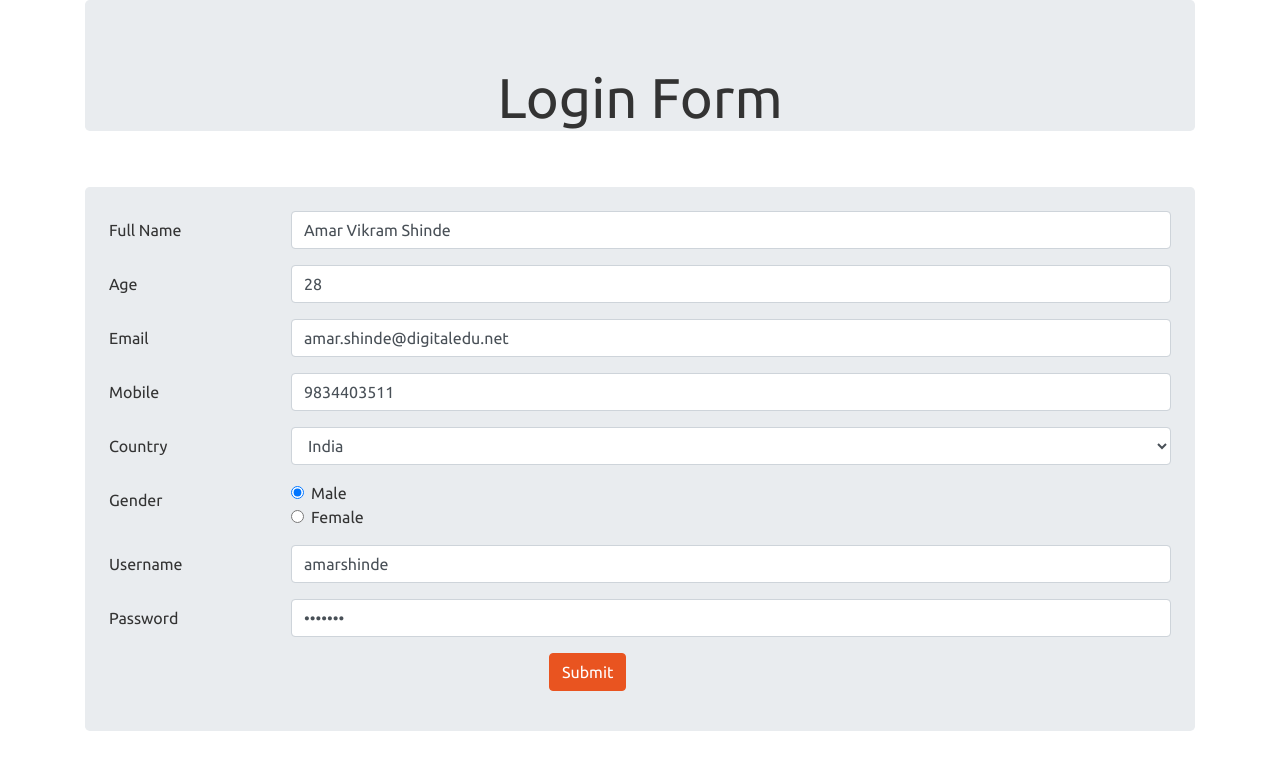
Repository: amar468S/Ng-templateDrivenForm
Page: /
These files come from the project's save history. The page is drawn as it stood at one moment and after the next save; the edit follows.
The browser window is 1280 px wide. The pictures show the whole page.
Some web libraries are served in a nearby version. The project was rebuilt for these pictures with package versions that can differ from the ones it lists, and the page was loaded fresh each time. Also part of the build but not shown: angular.json.

Above is the page before, as saved 2019-02-03 22:09:01.

### src/index.html
<!doctype html>
<html lang="en">
<head>
  <meta charset="utf-8">
  <title>NgTemplateForms</title>
  <base href="/">

  <meta name="viewport" content="width=device-width, initial-scale=1">
  <link rel="icon" type="image/x-icon" href="favicon.ico">
  <!-- CSS -->
  <link rel="stylesheet" href="https://stackpath.bootstrapcdn.com/bootstrap/4.2.1/css/bootstrap.min.css" integrity="sha384-GJzZqFGwb1QTTN6wy59ffF1BuGJpLSa9DkKMp0DgiMDm4iYMj70gZWKYbI706tWS" crossorigin="anonymous">
  <link rel="stylesheet" href="https://bootswatch.com/4/united/bootstrap.min.css">
  <!-- JS -->
  <script src="https://code.jquery.com/jquery-3.3.1.slim.min.js" integrity="sha384-q8i/X+965DzO0rT7abK41JStQIAqVgRVzpbzo5smXKp4YfRvH+8abtTE1Pi6jizo" crossorigin="anonymous"></script>
  <script src="https://cdnjs.cloudflare.com/ajax/libs/popper.js/1.14.6/umd/popper.min.js" integrity="sha384-wHAiFfRlMFy6i5SRaxvfOCifBUQy1xHdJ/yoi7FRNXMRBu5WHdZYu1hA6ZOblgut" crossorigin="anonymous"></script>
  <script src="https://stackpath.bootstrapcdn.com/bootstrap/4.2.1/js/bootstrap.min.js" integrity="sha384-B0UglyR+jN6CkvvICOB2joaf5I4l3gm9GU6Hc1og6Ls7i6U/mkkaduKaBhlAXv9k" crossorigin="anonymous"></script>

</head>
<body>
  <app-root></app-root>
</body>
</html>

### src/app/app.component.ts
import { Component } from '@angular/core';
import { UserForm } from './UserForm';

@Component({
  selector: 'app-root',
  templateUrl: './app.component.html',
  styleUrls: ['./app.component.css']
})
export class AppComponent {

    userForm:UserForm

    constructor(){
      this.userForm = new UserForm();
    }

    login(userForm) {
      console.log(userForm.form.value);
      this.userForm = new UserForm();
    }
}

### src/app/app.component.html
<div class="container">
    <div class="jumbotron pb-0">
      <p class="display-4 text-center mb-0">Login Form</p>
    </div>
    <br>
  <div class="jumbotron p-4">
  <form #usrForm="ngForm" (ngSubmit)="login(usrForm)">
      <div class="form-group row">
          <label class="col-sm-2 col-form-label">Full Name</label>
          <div class="col-sm-10">
            <input type="text" class="form-control" [ngClass]="fullName.dirty && fullName.invalid ? 'is-invalid':''" placeholder="Enter Full Name"
            name="fullname" [(ngModel)]="userForm.fullName" #fullName="ngModel" required>
            <small class="invalid-feedback">This field can't be empty</small>
          </div>
      </div>
      <div class="form-group row">
          <label class="col-sm-2 col-form-label">Age</label>
          <div class="col-sm-10">
            <input type="number" class="form-control" placeholder="Enter Age"
            name="age" [(ngModel)]="userForm.age" #age="ngModel" required>
            <small class="form-text text-danger" *ngIf="age.dirty && age.invalid">This field can't be empty</small>
          </div>
      </div>
       <div class="form-group row">
          <label class="col-sm-2 col-form-label">Email</label>
          <div class="col-sm-10">
            <input type="email" class="form-control" placeholder="Enter Email"
            name="email" [(ngModel)]="userForm.email" #email="ngModel" required>
            <small class="form-text text-danger" *ngIf="email.dirty && email.invalid">This field can't be empty</small>
          </div>
      </div>
      <div class="form-group row">
          <label class="col-sm-2 col-form-label">Mobile</label>
          <div class="col-sm-10">
            <input type="text" class="form-control" placeholder="Enter Mobile"
            name="mobile" [(ngModel)]="userForm.mobile" #mobile="ngModel" required minlength="10">
            <div *ngIf="mobile.dirty && mobile.invalid">
              <small class="form-text text-danger" *ngIf="mobile.errors.required">This field can't be empty</small>
              <small class="form-text text-danger" *ngIf="mobile.errors.minlength">This field must contain minimum 10 characters</small>
            </div>
          </div>
      </div>
      <div class="form-group row">
          <label class="col-sm-2 col-form-label">Country</label>
          <div class="col-sm-10">
            <select class="form-control" name="country" [(ngModel)]="userForm.country" #country="ngModel" required>
              <option value="">Select Country</option>
              <option value="India">India</option>
              <option value="Sri Lanka">Sri Lanka</option>
              <option value="Bangladesh">Bangladesh</option>
              <option value="Nepal">Nepal</option>
            </select>
            <small class="form-text text-danger" *ngIf="country.dirty && country.invalid">This field can't be empty</small>
          </div>
      </div>
      <div class="form-group row">
          <label class="col-sm-2 col-form-label">Gender</label>
          <div class="col-sm-10">
            <div class="form-check">
              <input class="form-check-input" type="radio" name="gender" value="Male" [checked]="(userForm.gender=='Male')?'checked':''">
              <label class="form-check-label">Male</label>
            </div>
            <div class="form-check">
                <input class="form-check-input" type="radio" name="gender" value="Female" [checked]="(userForm.gender=='Female')?'checked':''">
                <label class="form-check-label">Female</label>
            </div>
          </div>
      </div>
      <div class="form-group row">
          <label class="col-sm-2 col-form-label">Username</label>
          <div class="col-sm-10">
            <input type="text" class="form-control" placeholder="Enter Username"
            name="username" [(ngModel)]="userForm.username" #username="ngModel" required>
            <small class="form-text text-danger" *ngIf="username.dirty && username.invalid">This field can't be empty</small>
          </div>
      </div>
      <div class="form-group row">
          <label class="col-sm-2 col-form-label">Password</label>
          <div class="col-sm-10">
            <input type="password" class="form-control" placeholder="Enter Password"
            name="password" [(ngModel)]="userForm.password" #password="ngModel">
            <small class="form-text text-danger" *ngIf="password.dirty && password.invalid">This field can't be empty</small>
          </div>
      </div>
      <div class="form-group row">
          <label class="col-sm-5 col-form-label"></label>
          <div>
            <input type="submit" class="btn btn-primary" [disabled]="usrForm.form.invalid">
          </div>
      </div>
  </form>
  </div>

</div>

### src/app/UserForm.ts
export class UserForm {
    fullName:string;
    age:string;
    email:string;
    mobile:string;
    country:string;
    gender:string;
    username:string;
    password:string;


    constructor(){
        this.fullName = 'Amar Vikram Shinde';
        this.age = '28';
        this.country = 'India';
        this.email = 'amar.shinde@digitaledu.net';
        this.mobile = '9834403511';
        this.username = 'amarshinde';
        this.password = 'amar123';
        this.gender = 'Male';
    }
}

Loaded but not shown: src/styles.css (common file); src/main.ts (common file); src/app/app.module.ts (common file); src/environments/environment.ts (common file); src/app/app.component.css (no stored copy; drawn as an empty file)

After the next save:
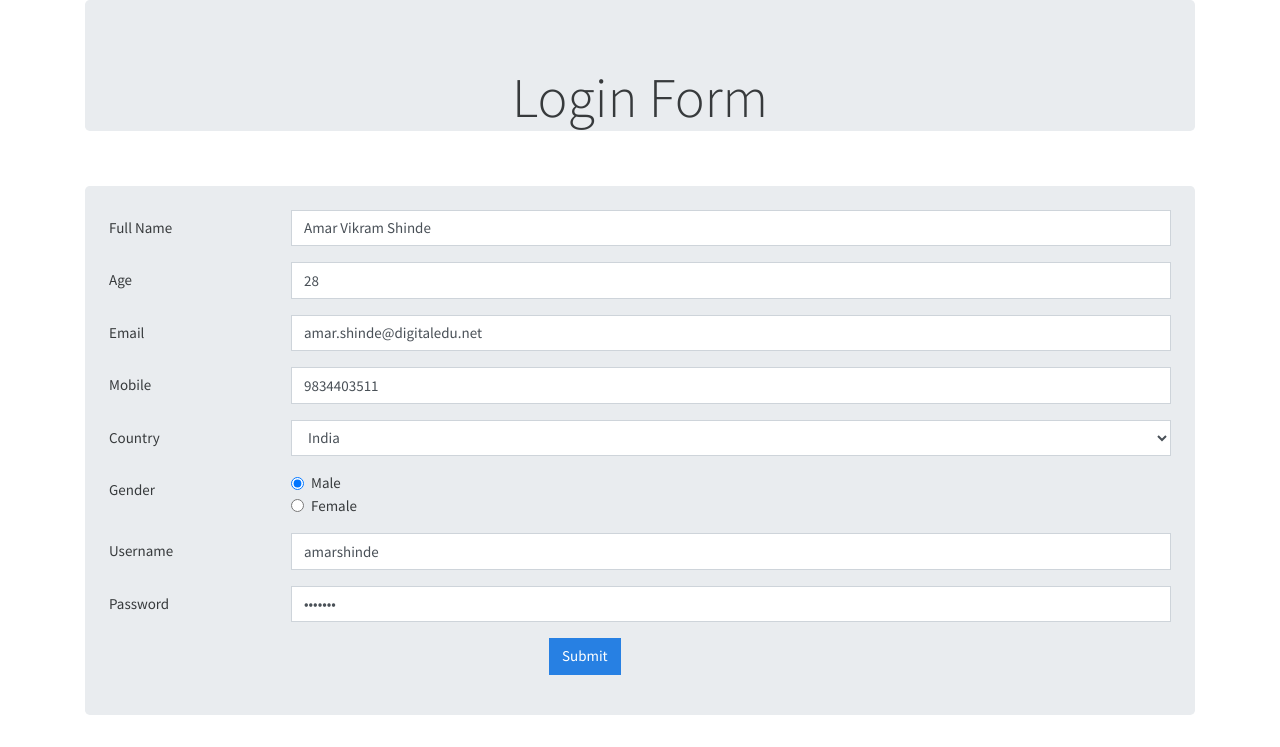
Saved 34 s later.
--- a/src/index.html
+++ b/src/index.html
@@ -9,7 +9,7 @@
   <link rel="icon" type="image/x-icon" href="favicon.ico">
   <!-- CSS -->
   <link rel="stylesheet" href="https://stackpath.bootstrapcdn.com/bootstrap/4.2.1/css/bootstrap.min.css" integrity="sha384-GJzZqFGwb1QTTN6wy59ffF1BuGJpLSa9DkKMp0DgiMDm4iYMj70gZWKYbI706tWS" crossorigin="anonymous">
-  <link rel="stylesheet" href="https://bootswatch.com/4/united/bootstrap.min.css">
+  <link rel="stylesheet" href="https://bootswatch.com/4/cosmo/bootstrap.min.css">
   <!-- JS -->
   <script src="https://code.jquery.com/jquery-3.3.1.slim.min.js" integrity="sha384-q8i/X+965DzO0rT7abK41JStQIAqVgRVzpbzo5smXKp4YfRvH+8abtTE1Pi6jizo" crossorigin="anonymous"></script>
   <script src="https://cdnjs.cloudflare.com/ajax/libs/popper.js/1.14.6/umd/popper.min.js" integrity="sha384-wHAiFfRlMFy6i5SRaxvfOCifBUQy1xHdJ/yoi7FRNXMRBu5WHdZYu1hA6ZOblgut" crossorigin="anonymous"></script>
